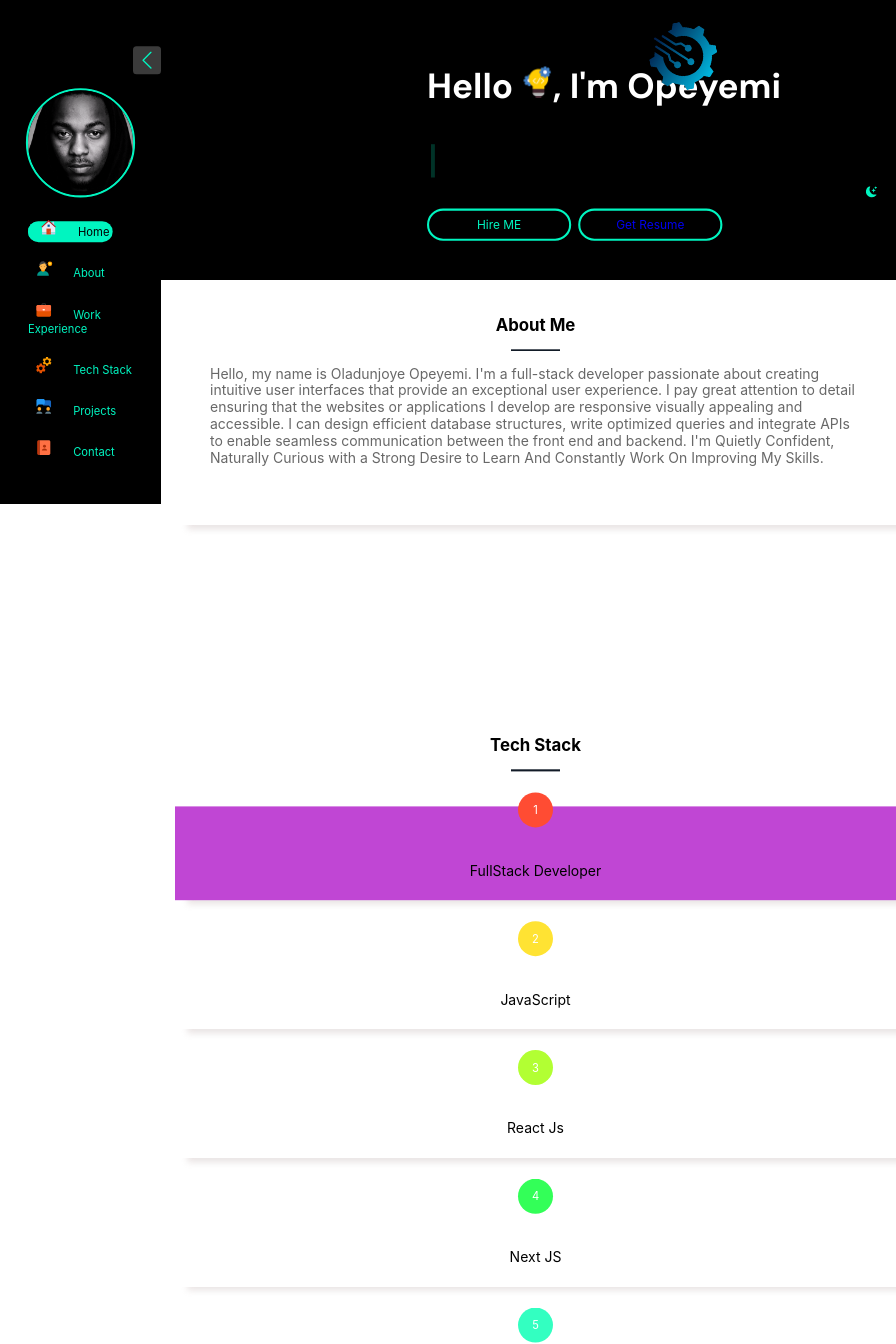
Repository: Laoye99/portfolio
Page: /
An editor plug-in stored every save of this project. The page is shown before and after the next save, followed by the edit.
The browser window is 1280 px wide. The pictures show the part of the page from y = 0 to 1920 px (the page is 2877 px tall), at 70% of full size.
The project was rebuilt for these pictures with package versions that can differ from the ones it lists, and the page was loaded fresh each time. Imported but missing from the stored project, and not drawn on this page: src/components/Home/MyResume.pdf.

Above is the page before, as saved 2024-02-15 14:42:57.

After the next save:
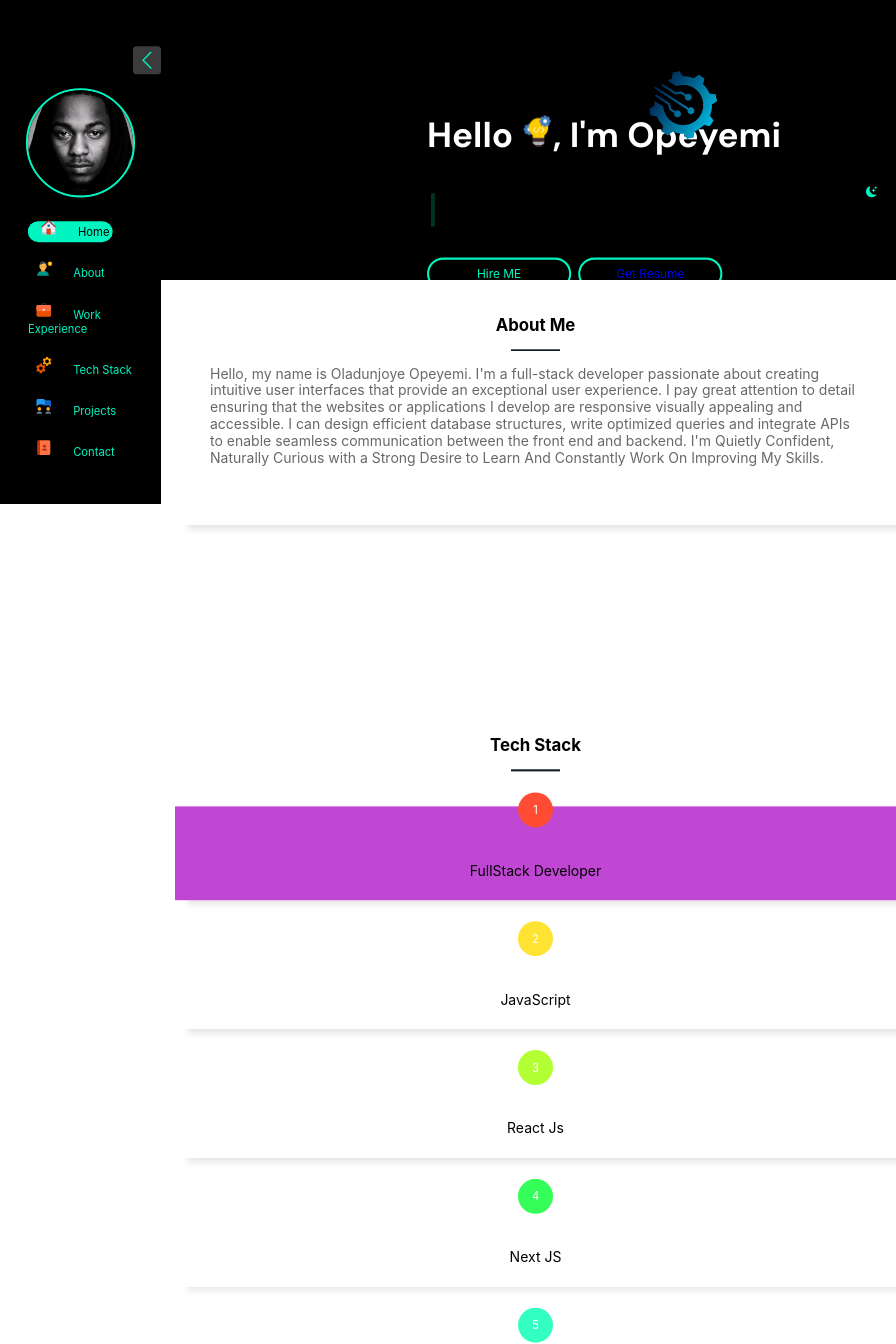
Saved 50 s later.
--- a/src/components/Home/Home.css
+++ b/src/components/Home/Home.css
@@ -9,7 +9,7 @@
 
 .home-content {
   padding: 10px;
-  margin-top: 30px;
+  margin-top: 100px;
   margin-left: 600px;
   position: relative;
 }
